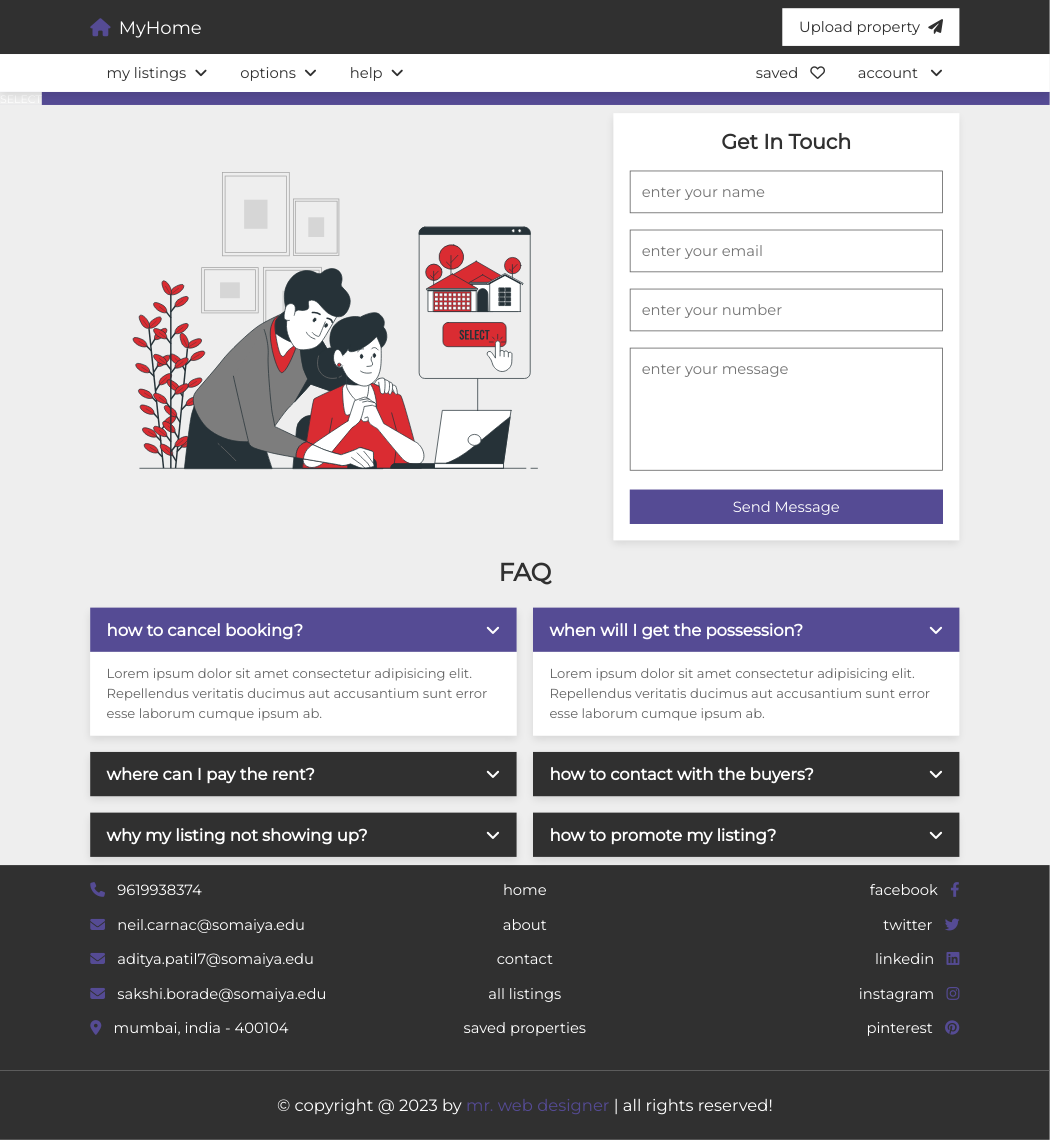
Repository: adi-tya999/wpl-project-realestatewebsite-main
Page: http://localhost/project/contact.php
These files come from the project's save history. The page is drawn as it stood at one moment and after a run of saves; the edit follows.
The browser window is 1280 px wide. The pictures show the whole page, at 82% of full size.
The page is run by PHP 8.4 with error messages shown; the project is at /var/www/html/.

Above is the page before, as saved 2023-04-29 16:30:04.

After the next 2 saves:
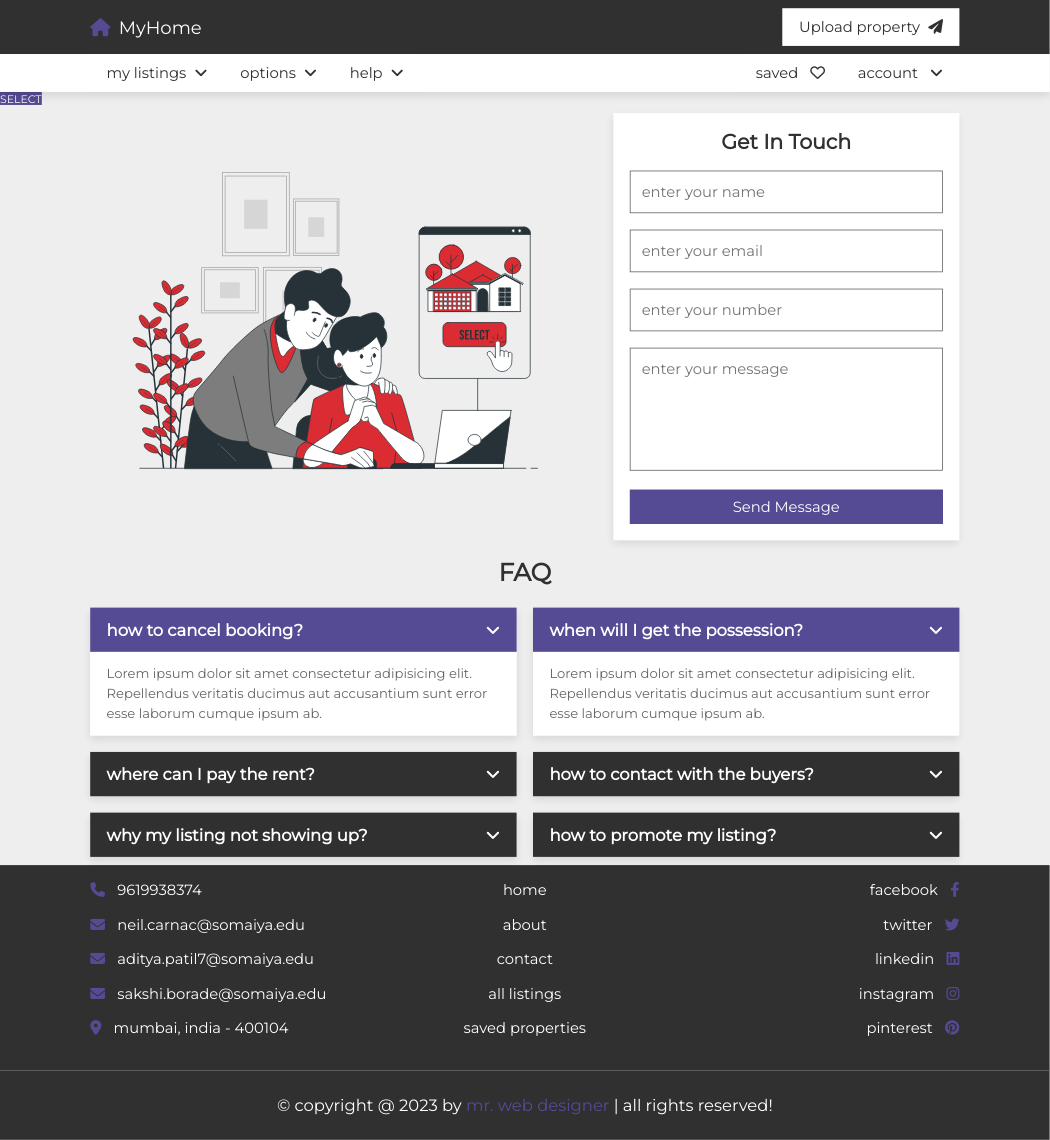
The 2 saves are shown as one change because they came seconds apart.
The last was saved 5 s later.
--- a/project/css/style.css
+++ b/project/css/style.css
@@ -1012,11 +1012,11 @@ section{
 }
 
 .selectionbuttondivs{
+
+}
+
+.selectionbutton{
    background-color: var(--main-color);
-
-}
-
-.selectionbutton{
 color: white;
 }
 
